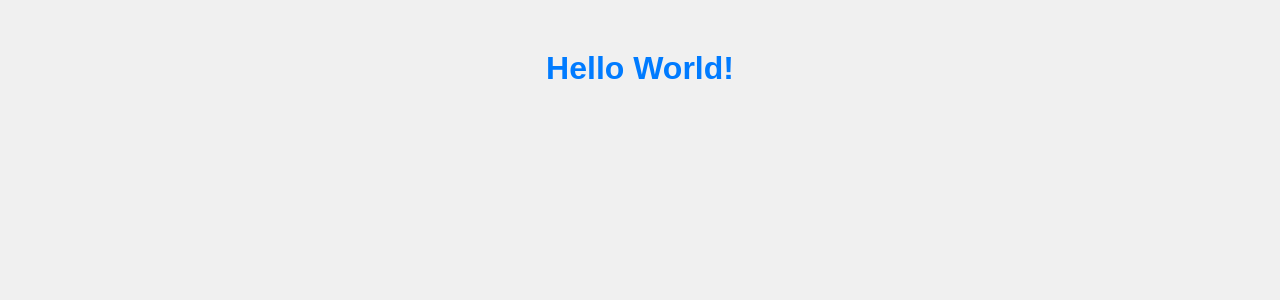
Repository: cameron-mendoza21/Game-Awards24-Fun
Page: http://localhost/
These files come from the project's save history. The page is drawn as it stood at one moment and after the next save; the edit follows.
The browser window is 1280 px wide. The pictures show the whole page.
The page is served by the project's Node server (index.js).

Above is the page before, as saved 2024-11-19 21:53:01.

### views/index.ejs
<!DOCTYPE html>
<html lang="en">
<head>
    <meta charset="UTF-8">
    <meta name="viewport" content="width=device-width, initial-scale=1.0">
    <title><%= title %></title>
    <link rel = "stylesheet" href="/styles.css">
</head>


<body>
    <h1>Hello World!
    </h1>
</body>
</html>

### index.js
const express = require('express');
const app = express();
const port = 3000;

// Set the view engine to EJS
app.set('view engine', 'ejs');

app.get('/', (req, res) => {
    res.render('index', { title: 'Game Awards Gamblin ', message: 'Hello, World!' });
});

app.listen(port, () => {
    console.log(`App is running at http://localhost:${port}`);
});

### views/styles.css
body {
    font-family: Arial, sans-serif;
    background-color: #f0f0f0;
    color: #333;
    margin: 0;
    padding: 0;
}

h1 {
    color: #007BFF;
    text-align: center;
    margin-top: 50px;
}

p {
    text-align: center;
    font-size: 18px;
}

.container {
    max-width: 800px;
    margin: auto;
    padding: 20px;
    background: #ffffff;
    border-radius: 8px;
    box-shadow: 0 4px 6px rgba(0, 0, 0, 0.1);
}

After the next save:
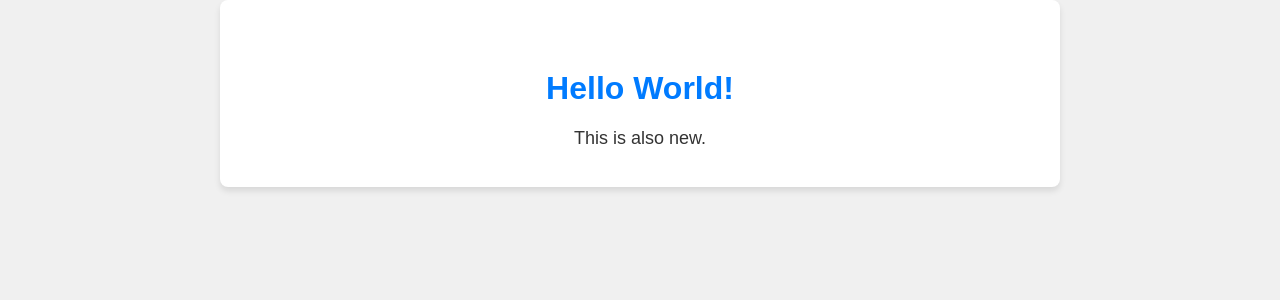
Saved 80 s later.
--- a/views/index.ejs
+++ b/views/index.ejs
@@ -9,7 +9,9 @@
 
 
 <body>
-    <h1>Hello World!
-    </h1>
+    <div class="container">
+        <h1>Hello World!</h1>
+        <p>This is also new.</p>
+    </div>
 </body>
 </html>
